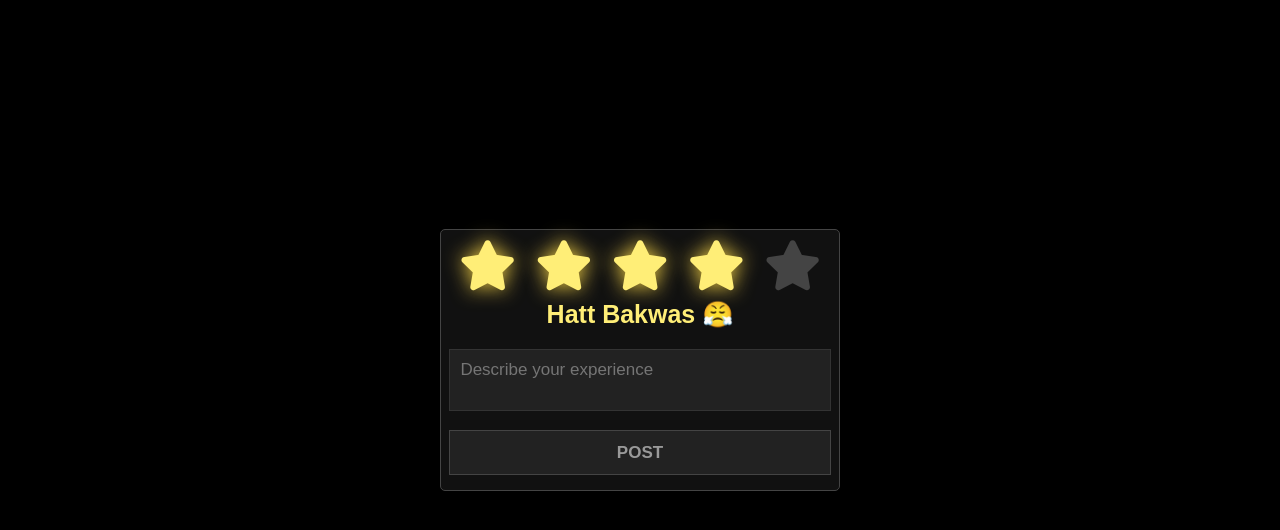
Repository: Suryansh-D/Star-Ratings
Page: index.html
These files come from the project's save history. The page is drawn as it stood at one moment and after a run of saves; the edit follows.
The browser window is 1280 px wide. The pictures show the whole page.
The first `#rate-4` is checked.

Above is the page before, as saved 2024-02-03 10:17:45.

### index.html
<!DOCTYPE html>
<html lang="en">
<head>
    <meta charset="UTF-8">
    <meta name="viewport" content="width=device-width, initial-scale=1.0">
    <title>Document</title>
</head>
<link rel="stylesheet" href="style.css">
<link rel="stylesheet" href="https://cdnjs.cloudflare.com/ajax/libs/font-awesome/5.15.3/css/all.min.css">
<body>
    <div class="container">
        <div class="stars">
            <input type="radio" name="rate" id="rate-5">
            <label for="rate-5" class="fas fa-star"></label>
            <input type="radio" name="rate" id="rate-4">
            <label for="rate-4" class="fas fa-star"></label>
            <input type="radio" name="rate" id="rate-3">
            <label for="rate-3" class="fas fa-star"></label>
            <input type="radio" name="rate" id="rate-2">
            <label for="rate-2" class="fas fa-star"></label>
            <input type="radio" name="rate" id="rate-1">
            <label for="rate-1" class="fas fa-star"></label>
            <form action="#">
                <header></header>
                <div class="textarea">
                <textarea cols="30" placeholder="Describe your experience"></textarea>
                </div>
                    <div class="btn">
                        <button type="submit">Post</button>
                        </div>
                 </form>
        </div>
    </div>
    <script></script>
</body>
</html>

### style.css
@import url('https://fonts.googleapis.com/css?family=Roboto:400,700');
* {
  margin: 0;
  padding: 0;
  box-sizing: border-box;
  font-family:'Poppins', sans-serif;
}
html, body {
  height: 100%;
  background-color: #000;
  place-items: center;
  display: grid;
  text-align: center;
}

.container {
  width: 400px;
  background: #111;
    padding: 20px , 30px;
    border: 1px solid #444;
    border-radius: 5px;
    display: flex;
    flex-direction: column;
    align-items: center;
    justify-content: center;
}
.container .stars input{
    display: none;
}
.stars label{
    font-size: 50px;
    color: #444;
    cursor: pointer;
    transition: all 0.2s ease;
    float: right;
    padding: 10px;

}
.stars input:not(:checked) ~ label:hover ,
.stars input:not(:checked) ~ label:hover ~ label{
    color: #ffcc00;
}
.stars input:checked ~ label{
    color: #ffcc00;
}
input#rate-5:checked ~ label{
    color: #fe7;
    text-shadow: 0 0 20px #f1cf45;
}
input#rate-4:checked ~ label{
    color: #fe7;
    text-shadow: 0 0 20px #f1cf45;
}
input#rate-3:checked ~ label{
    color: #fe7;
    text-shadow: 0 0 20px #f1cf45;
}
input#rate-2:checked ~ label{
    color: #fe7;
    text-shadow: 0 0 20px #f1cf45;
}
input#rate-1:checked ~ label{
    color: #fe7;
    text-shadow: 0 0 20px #f1cf45;
}

#rate-1:checked ~ form header:before{
    content: "Hatt Bakwas 😤";

}
#rate-2:checked ~ form header:before{
    content: "Bekaar 😒";
}
#rate-3:checked ~ form header:before{
    content: "Theek hi hai 🙂";
}
#rate-4:checked ~ form header:before{
    content: "Hatt Bakwas 😤";
}
#rate-5:checked ~ form header:before{
    content: "Hatt Bakwas 😤";
}


form header{
    width:100%;
    font-size: 25px;
    color: #fe7;
    font-weight: 700;
    margin: 5px 0 20px 0;
    text-align: center;
    transition: all 0.2s ease;
}

form .textarea{
    width: 100%;
   height: 100%;
   overflow: hidden;
}
form .textarea textarea{
    height: 100%;
    width:100%;
    outline: none;
    color: #fff;
    border: 1px solid #333;
    background: #222;
    padding: 10px;
    font-size: 17px;
    resize: none;
}
form .btn{
  height: 45px;
  width: 100%;
  margin: 15px 0;
}
form .btn button{
    width: 100%;
    height: 100%;
    border: 1px solid #444;
    outline: none;
    background: #222;
    color: #999;
    font-size: 20px;
    font-weight: 700;
    cursor: pointer;
    transition: all 0.2s ease;
    font-size: 17px;
    text-transform: uppercase;
}
form .btn button:hover{
    background: #1b1b1b;
    color: #fff;
}

After the next 2 saves:
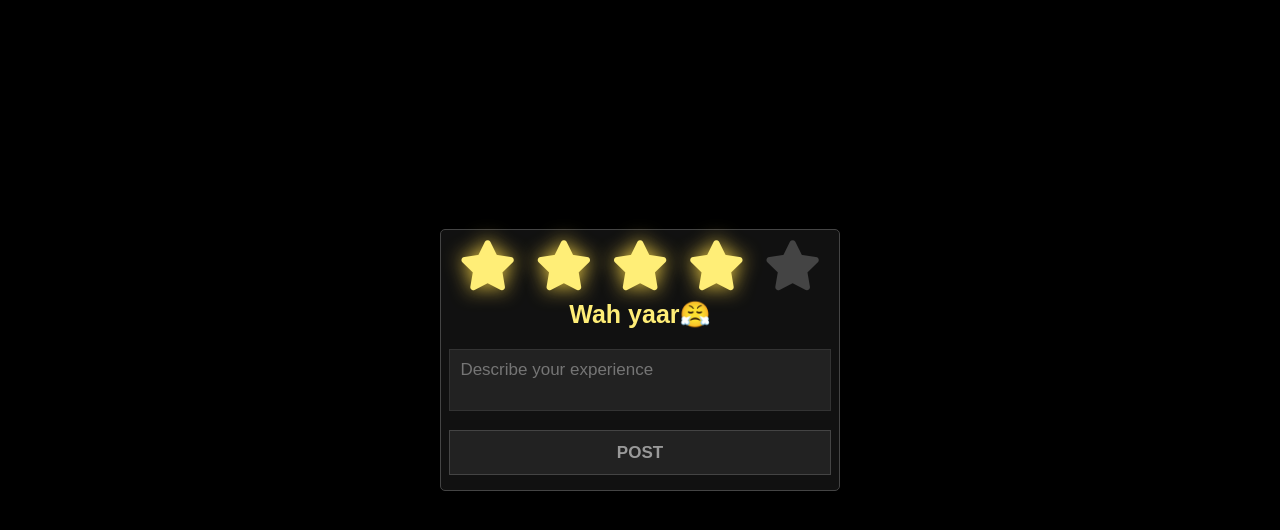
The 2 saves are shown as one change because they came seconds apart.
The last was saved 29 s later.
--- a/style.css
+++ b/style.css
@@ -75,7 +75,7 @@ input#rate-1:checked ~ label{
     content: "Theek hi hai 🙂";
 }
 #rate-4:checked ~ form header:before{
-    content: "Hatt Bakwas 😤";
+    content: "Wah yaar😤";
 }
 #rate-5:checked ~ form header:before{
     content: "Hatt Bakwas 😤";
